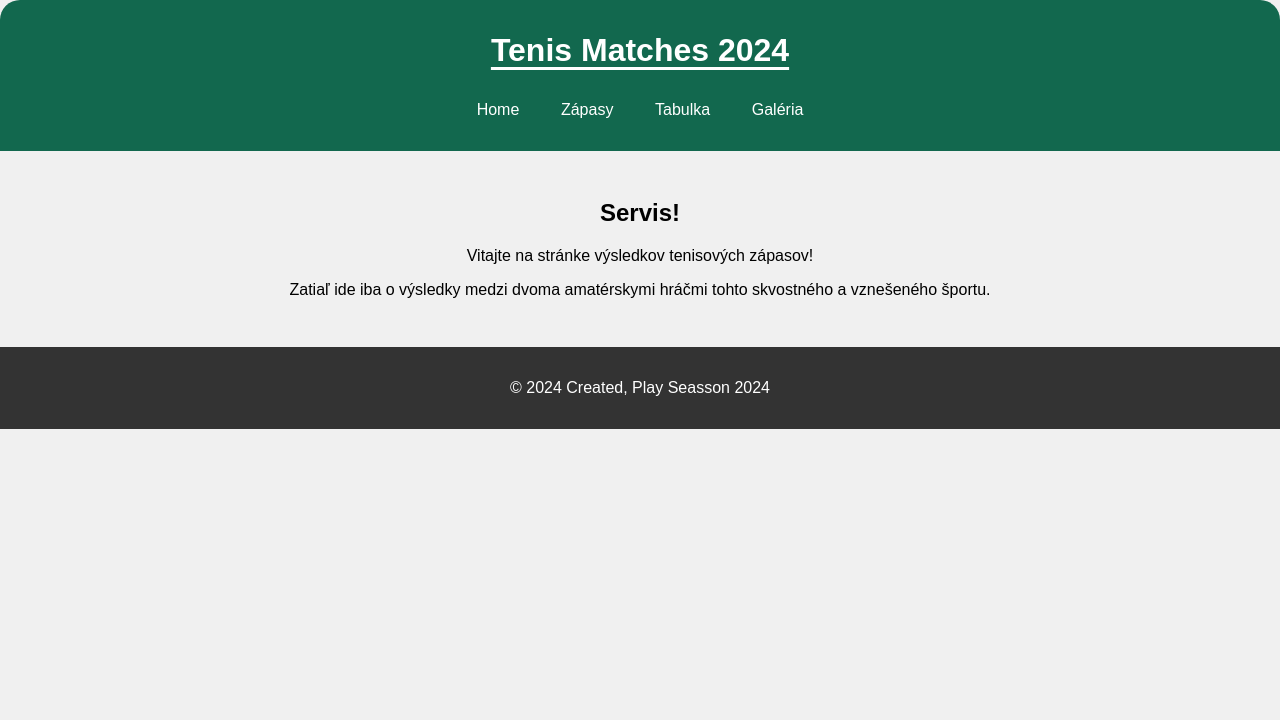
Repository: Badynko/tenis
Page: index.html
These files come from the project's save history. The page is drawn as it stood at one moment and after the next save; the edit follows.
The browser window is 1280 px wide. The pictures show the whole page.

Above is the page before, as saved 2024-07-20 20:00:05.

After the next save:
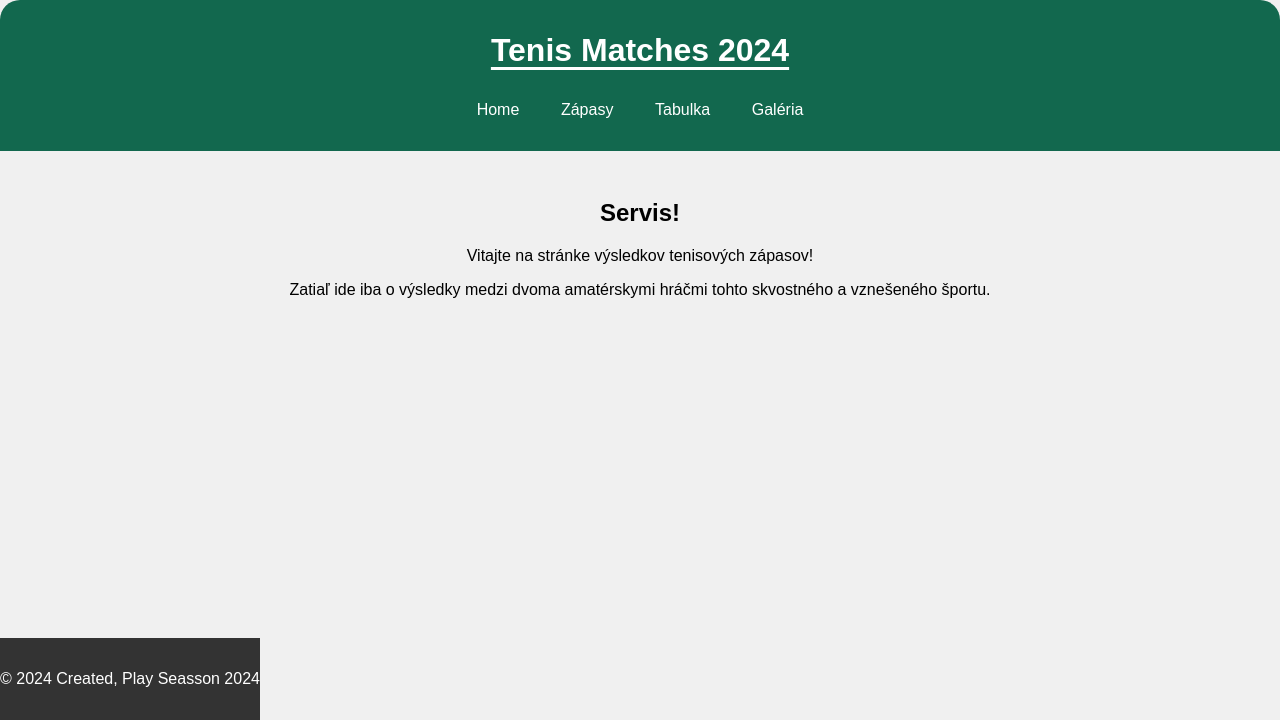
Saved 8 min 25 s later.
--- a/css/style.css
+++ b/css/style.css
@@ -90,6 +90,9 @@
   color: #fff;
   text-align: center;
   padding: 1rem 0;
+  position: absolute;
+  left: 0;
+  bottom: 0;
 }
 
 @media (min-width: 600px) {

After the save that followed:
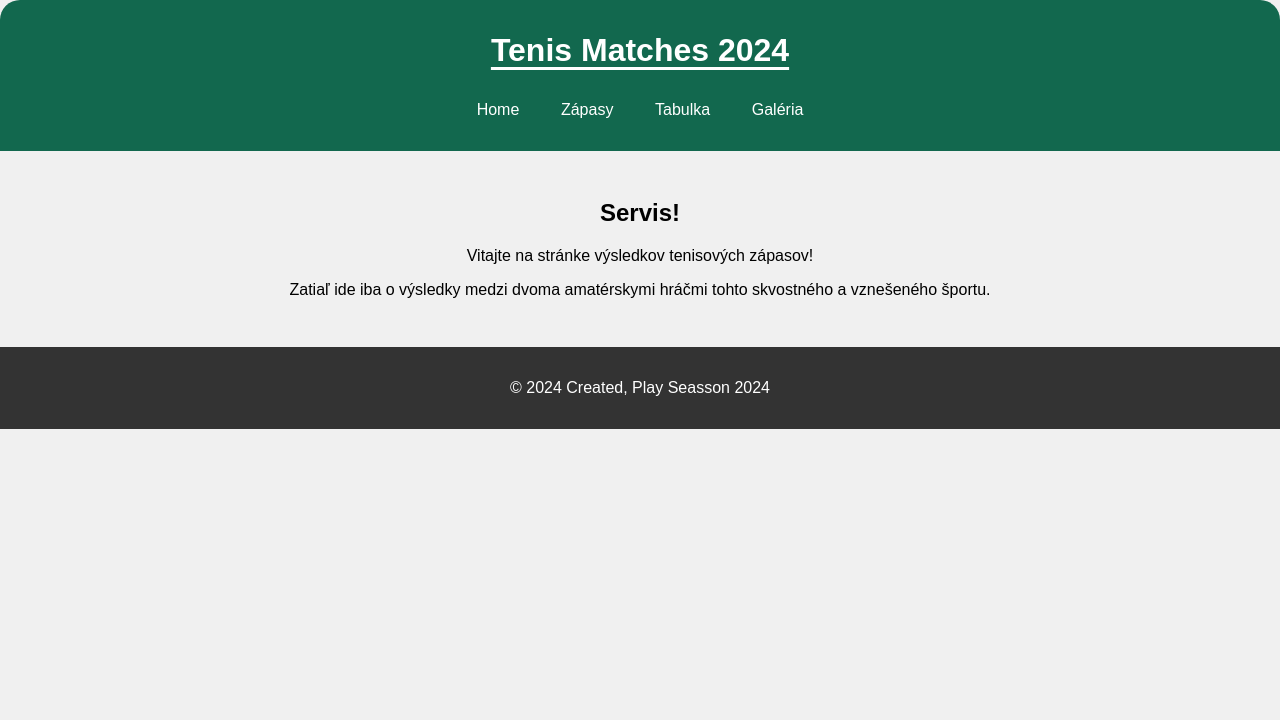
Saved 2 min 37 s later.
--- a/css/style.css
+++ b/css/style.css
@@ -90,9 +90,6 @@
   color: #fff;
   text-align: center;
   padding: 1rem 0;
-  position: absolute;
-  left: 0;
-  bottom: 0;
 }
 
 @media (min-width: 600px) {
